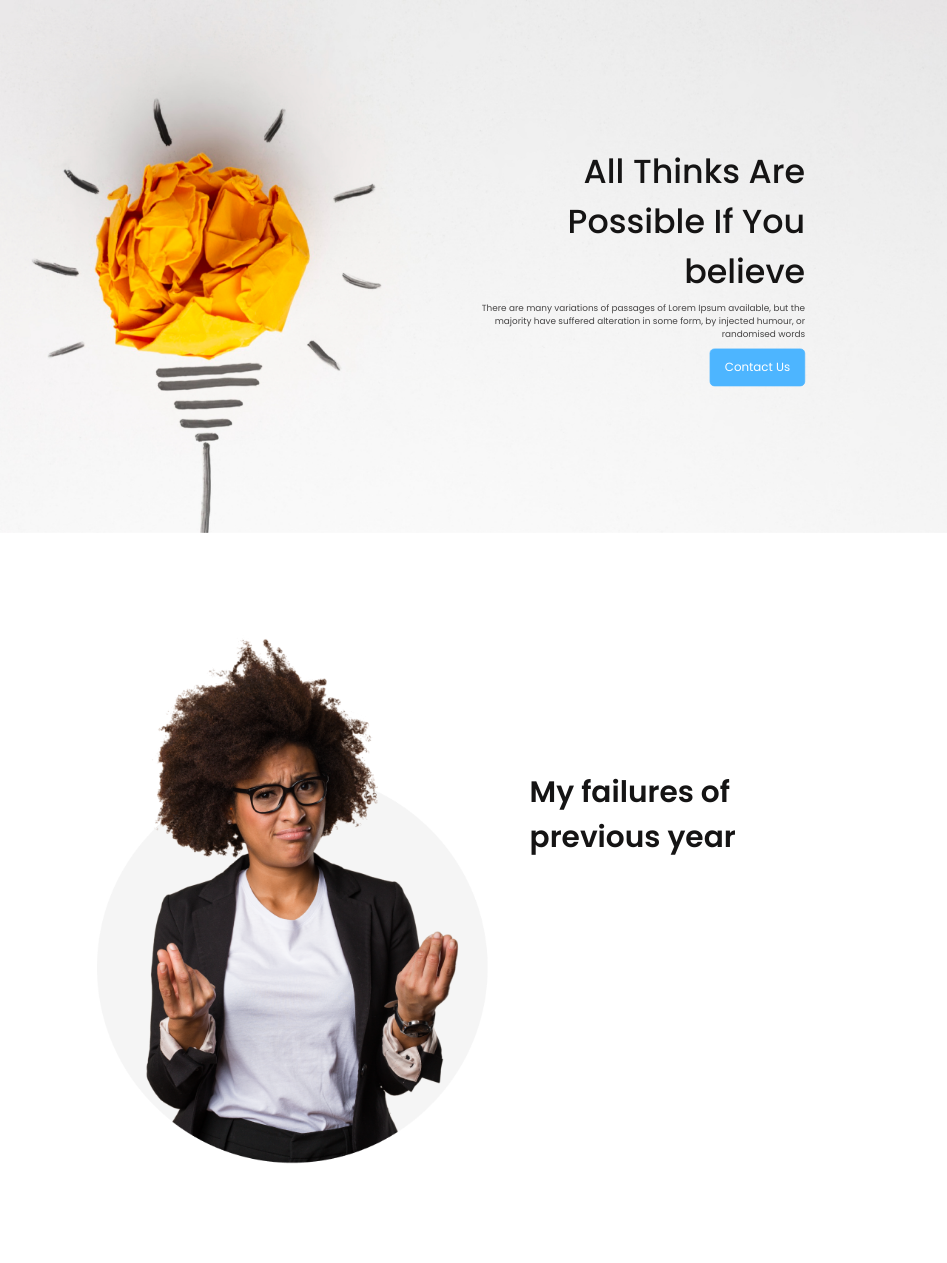
Repository: mdrubel02/new-year-new-mission
Page: index.html
An editor plug-in stored every save of this project. The page is shown before and after the next save, followed by the edit.
The browser window is 1280 px wide. The pictures show the whole page, at 74% of full size.

Above is the page before, as saved 2023-01-06 22:53:02.

After the next save:
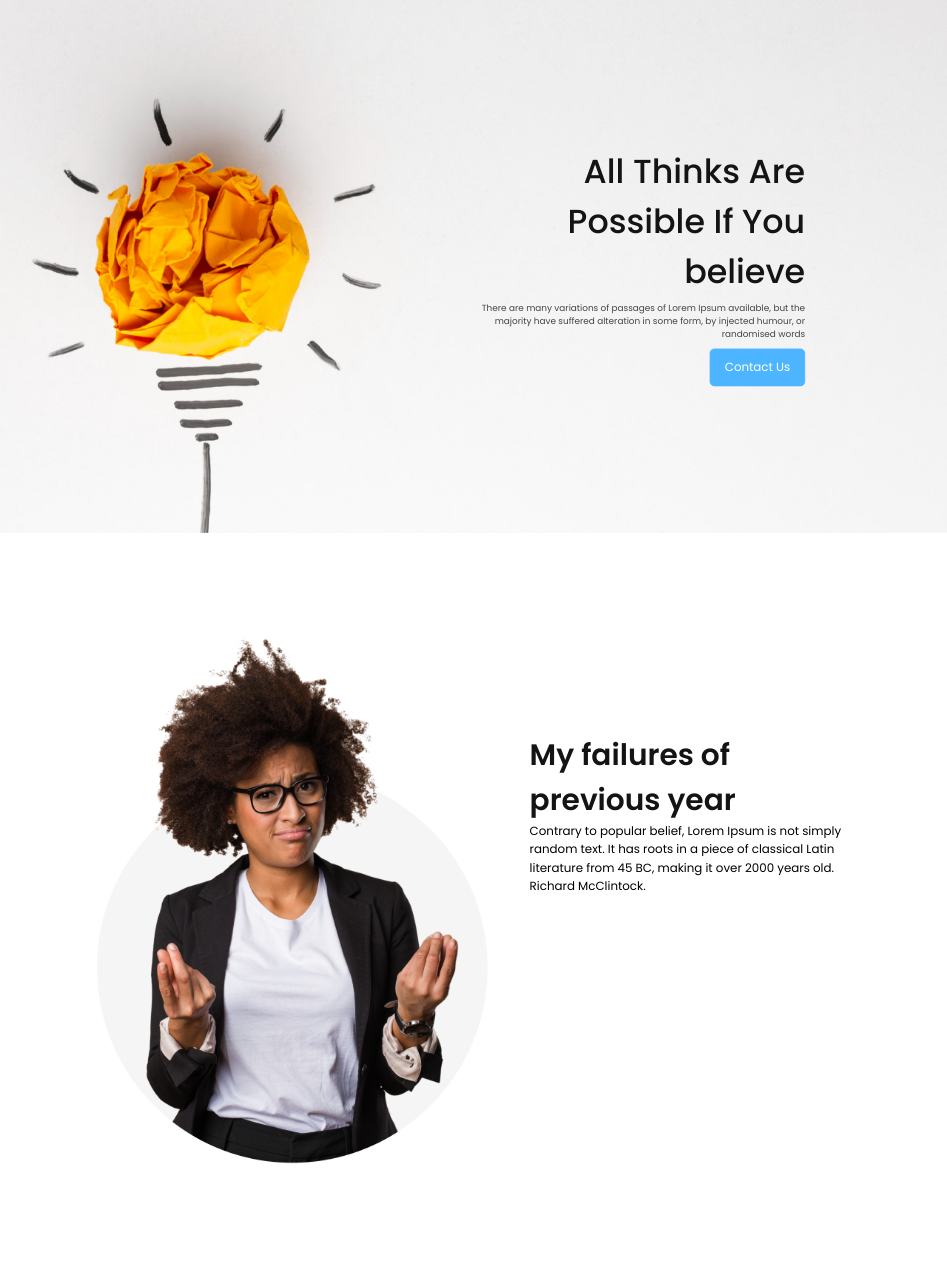
Saved 47 s later.
--- a/index.html
+++ b/index.html
@@ -29,6 +29,7 @@
             </div>
             <div class="experience_right">
                 <h1>My failures of previous year</h1>
+                <p>Contrary to popular belief, Lorem Ipsum is not simply random text. It has roots in a piece of classical Latin literature from 45 BC, making it over 2000 years old. Richard McClintock.</p>
             </div>
         </div>
 
